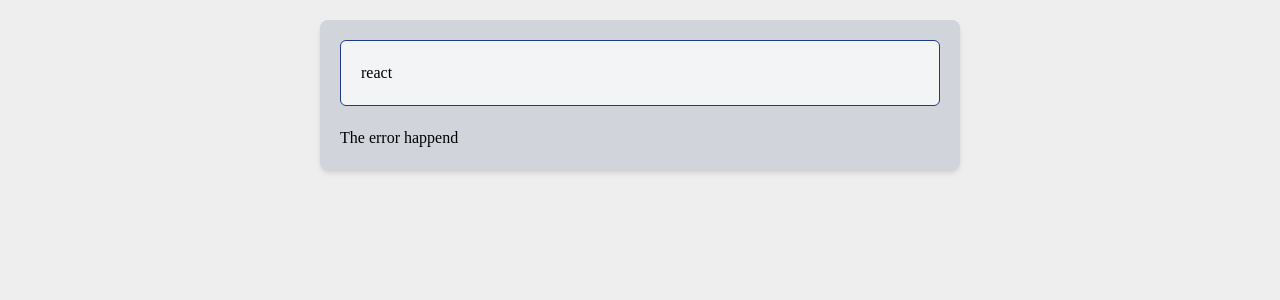
Repository: 16-Doffy/Fe-Khhoahoc
Page: /
These files come from the project's save history. The page is drawn as it stood at one moment and after the next save; the edit follows.
The browser window is 1280 px wide. The pictures show the whole page.
The page's requests for data from a server got no answer. The project was rebuilt for these pictures with package versions that can differ from the ones it lists, and the page was loaded fresh each time. No one was signed in, and anything a server would have sent is missing. Also part of the build but not shown: src/App.css.

Above is the page before, as saved 2025-01-14 15:38:02.

### src/index.js
import React from 'react';
import ReactDOM from 'react-dom/client';
import './index.css';
import App from './App';
import reportWebVitals from './reportWebVitals';
import "./index.scss"
const root = ReactDOM.createRoot(document.getElementById('root'));
root.render(
  <React.StrictMode>
    <App />
  </React.StrictMode>
);

// If you want to start measuring performance in your app, pass a function
// to log results (for example: reportWebVitals(console.log))
// or send to an analytics endpoint. Learn more: https://bit.ly/CRA-vitals
reportWebVitals();

### src/App.js

import "./App.css";
import HackerNews from "./components/news/HackerNews";



const App = () => {
  return (

    <HackerNews></HackerNews>
  );
};

export default App;













//<CardList><Card2/>
// const theme = {
//   //wanna change color in the future come here to change
//   colors: {
//     blue: "#2979ff",
//   },
//   orange: "#ffa440",
// };
// {/* <ThemeProvider theme={theme}>
// <CardList>
// <Card2 secondary={true}></Card2>
// <Card2 secondary={false}></Card2>
// <Card2 secondary={true}></Card2>
// <Card2 secondary={false}></Card2>
// <Card2 secondary={true}></Card2>
//  </CardList>
// </ThemeProvider> */}

### src/index.scss
@tailwind base;
@tailwind components;
@tailwind utilities;

@layer base {
    @import url("https://fonts.googleapis.com/css2?family=Poppins:ital,wght@0,100;0,200;0,300;0,400;0,500;0,600;0,700;0,800;0,900;1,100;1,200;1,300;1,400;1,500;1,600;1,700;1,800;1,900&display=swap");
    body{
        font-family: "Poppins", serif;
    }
}

### src/components/news/HackerNews.js
import axios from "axios";
import React, { useState, useEffect, useRef } from "react";
import lodash from "lodash";
// http://hn.algolia.com/api/v1/search?query=react
const HackerNews = () => {
  const [hits, setHits] = useState([]);
  const [query, setQuery] = useState("react");
  const [loading, setLoading] = useState(true);
  const [error, setError] = useState("");
  const handleFetchResponse = useRef({});
  handleFetchResponse.curent = async () => {
    setLoading(true);
    try {
      const response = await axios.get(
        `http://hn.algolia.com/api/v1/search?query=${query}`
      );
      setHits(response.data?.hits || []);
      setLoading(false);
    } catch {
      // console.log(response);
      setLoading(false);
      setError(`The error happend ${error}`);
    }
  };
  const handleUpdateQuery = lodash.debounce((e) => {
    setQuery(e.target.value);
  }, 100);
  useEffect(() => {
    handleFetchResponse.curent();
  }, [query]);
  return (
    <div className="bg-gray-300 mx-auto mt-5 p-5 rounded-lg shadow-md w-2/4">
      <input
        type="text"
        className="bg-gray-100
         mb-5 border border-blue-900
          text-black p-5 mb-5 block w-full
           rounded-md focus:border-blue-400"
           placeholder="Enter your keyword..."
        defaultValue={query}
        onChange={handleUpdateQuery}
      />
      {loading && (
        <div
          className=" loading w-8 h-8  rounded-full  border-blue-300 border-4
    border-r-4 border-r-transparent animate-spin mx-auto"
        ></div>
      )}
      {!loading && error && <p>{error}</p>}
      {!loading &&
        hits.length > 0 &&
        hits.map((item, index) => <h3 key={item.title}>{item.title}</h3>)}
    </div>
  );
};

export default HackerNews;

### tailwind.config.js
/** @type {import('tailwindcss').Config} */
module.exports = {
  mode: "jit",
  content: ["./src/**/*.{html,js}"],
  theme: {
    extend: {
      backgroundImage: {
        'radiant': `linear-gradient(0.25turn, #3f87a6, #ebf8e1, #f69d3c)`,
        'footer-texture': "url('/img/footer-texture.png')", // Sửa ở đây
        'secondary-radiant': `linear-gradient(#e66465, #9198e5)`,
      },
    },
  },
  plugins: [],
}

Loaded but not shown: public/index.html (common file); src/index.css (common file); src/reportWebVitals.js (common file)

After the next save:
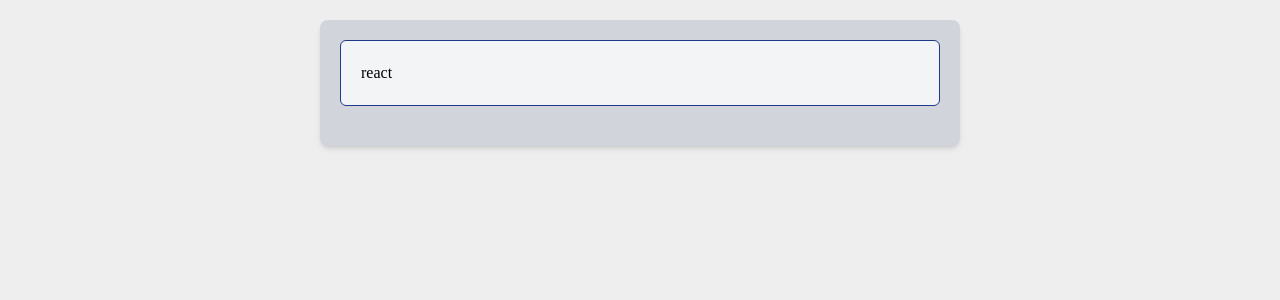
Saved 36 s later.
--- a/src/components/news/HackerNews.js
+++ b/src/components/news/HackerNews.js
@@ -46,10 +46,10 @@
     border-r-4 border-r-transparent animate-spin mx-auto"
         ></div>
       )}
-      {!loading && error && <p>{error}</p>}
+      {/* {!loading && error && <p>{error}</p>}
       {!loading &&
         hits.length > 0 &&
-        hits.map((item, index) => <h3 key={item.title}>{item.title}</h3>)}
+        hits.map((item, index) => <h3 key={item.title}>{item.title}</h3>)} */}
     </div>
   );
 };

After the save that followed:
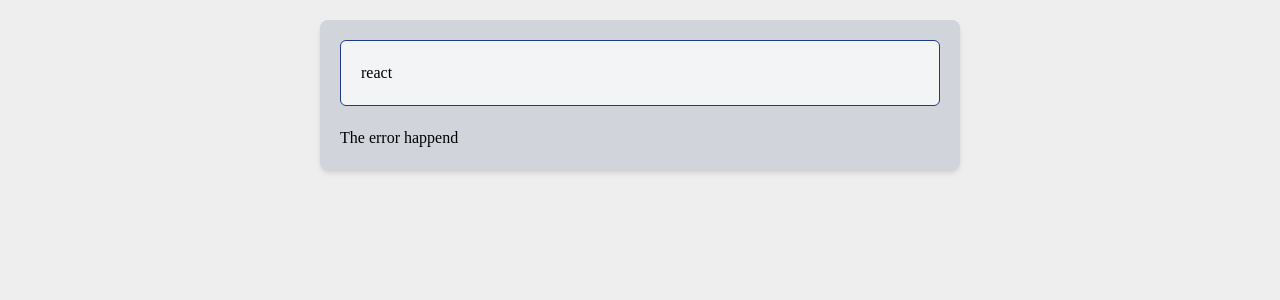
Saved 21 s later.
--- a/src/components/news/HackerNews.js
+++ b/src/components/news/HackerNews.js
@@ -46,10 +46,10 @@
     border-r-4 border-r-transparent animate-spin mx-auto"
         ></div>
       )}
-      {/* {!loading && error && <p>{error}</p>}
+      {!loading && error && <p>{error}</p>}
       {!loading &&
         hits.length > 0 &&
-        hits.map((item, index) => <h3 key={item.title}>{item.title}</h3>)} */}
+        hits.map((item, index) => <h3 key={item.title}>{item.title}</h3>)}
     </div>
   );
 };
